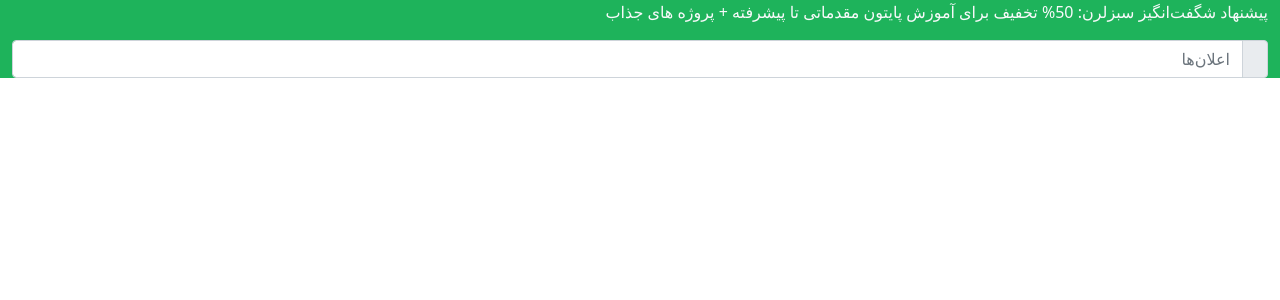
Repository: mobina-mirzaei/final-project-mirzaei
Page: index.html
These files come from the project's save history. The page is drawn as it stood at one moment and after the next save; the edit follows.
The browser window is 1280 px wide. The pictures show the whole page.
The style sheet was rebuilt from its Sass, Less or Tailwind sources for each picture, by a compiler version that may differ from the author's.

Above is the page before, as saved 2025-06-05 20:30:06.

### index.html
<!DOCTYPE html>
<html lang="fa" dir="rtl">
  <head>
    <meta charset="UTF-8" />
    <meta name="viewport" content="width=device-width, initial-scale=1.0" />
    <link
      rel="stylesheet"
      href="./assets/bootstrap-5.1.3-dist/bootstrap-5.1.3-dist/css/bootstrap.rtl.min.css"
    />
    <script
      src="./assets/bootstrap-5.1.3-dist/bootstrap-5.1.3-dist/js/bootstrap.bundle.min.js"
      defer
    ></script>
    <link rel="stylesheet" href="./assets/css/main.css" />
    <link rel="stylesheet" href="https://cdn.jsdelivr.net/npm/bootstrap-icons@1.10.5/font/bootstrap-icons.css"/>
    <title>SabzLearn</title>
  </head>
  <body>
    <div class="container-fluid">
      <div class="row d-flex justify-content-between aling-items-center">
        <div class="col-lg-12 pre-nav">
          <p class="text-light">
            پیشنهاد شگفت‌انگیز سبزلرن: 50% تخفیف برای آموزش پایتون مقدماتی تا
            پیشرفته + پروژه های جذاب
          </p>
          <!-- <i class='far fa-bell' style='font-size:48px;color:white'></i> -->
          <div class="input-group">
            <span class="input-group-text">
              <i class="fas fa-bell"></i>
            </span>
            <input type="text" class="form-control" placeholder="اعلان‌ها" />
          </div>
        </div>
      </div>
    </div>
  </body>
</html>

### assets/scss/main.scss
.pre-nav{
    background-color:rgb(30 179 91);
}

Loaded but not shown: assets/bootstrap-5.1.3-dist/bootstrap-5.1.3-dist/css/bootstrap.rtl.min.css (library); assets/bootstrap-5.1.3-dist/bootstrap-5.1.3-dist/js/bootstrap.bundle.min.js (library)

After the next save:
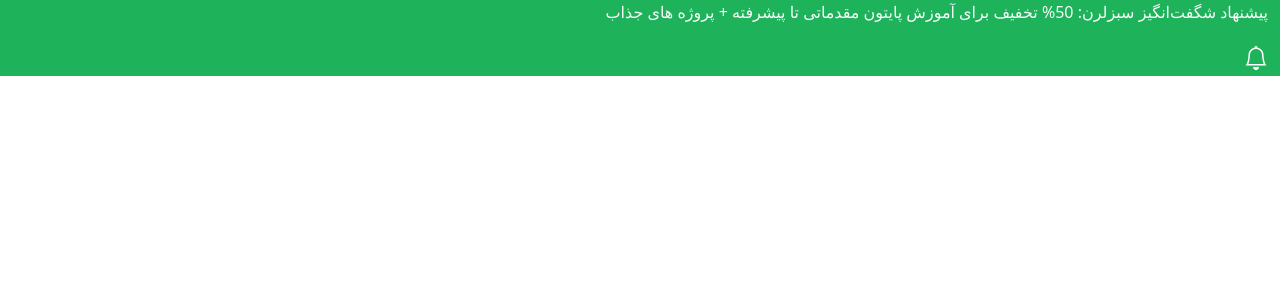
Saved 17 s later.
--- a/index.html
+++ b/index.html
@@ -24,12 +24,7 @@
             پیشرفته + پروژه های جذاب
           </p>
           <!-- <i class='far fa-bell' style='font-size:48px;color:white'></i> -->
-          <div class="input-group">
-            <span class="input-group-text">
-              <i class="fas fa-bell"></i>
-            </span>
-            <input type="text" class="form-control" placeholder="اعلان‌ها" />
-          </div>
+          <i class="bi bi-bell" style="color: white; font-size: 24px;"></i>
         </div>
       </div>
     </div>
